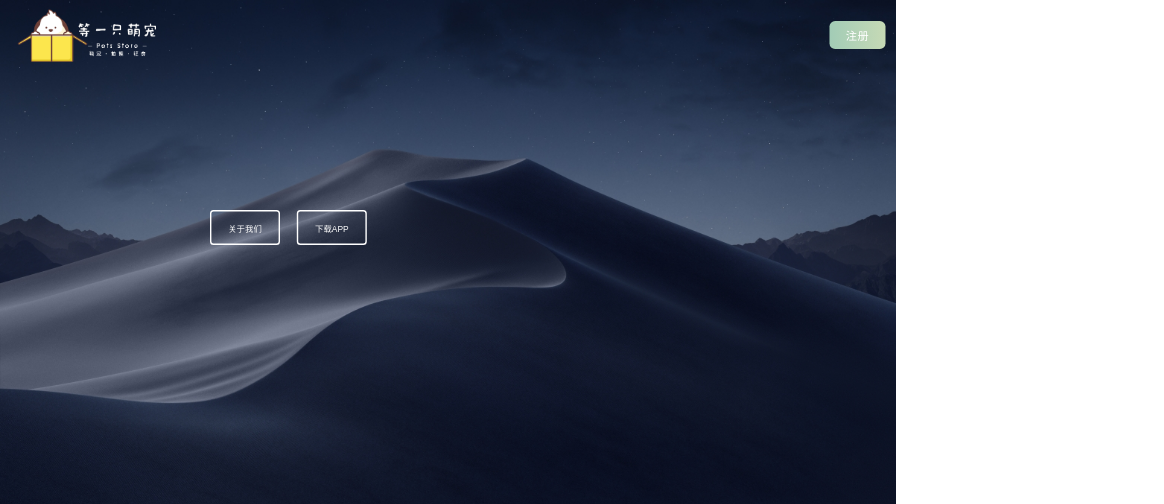
Repository: CHENCHAHA/app-
Page: index.html
The author's editor kept a copy of each file at every save. The page is drawn from the files as they stood at one save, then again after the next save.
The browser window is 1280 px wide. The page is 1280 px wide, then 1663 px, so the pictures cover 1663 px, including what lies to the right of the window. The pictures show the part of the page from y = 0 to 1480 px (the page is 720 px tall before and 3703 px after), at 70% of full size.

Above is the page before, as saved 2022-02-20 16:19:44.

### index.html
<!DOCTYPE html>
<html lang="en">

<head>
    <meta charset="UTF-8">
    <meta name="viewport" content="width=device-width, initial-scale=1, maximum-scale=1, user-scalable=no">
    <title>等一只萌宠-您的萌宠社区</title>
    <link rel="shortcut icon" href="img/logoico.ico" />
    <link rel="stylesheet" href="/css/index.css">
    <script src="/js/index.js"></script>
</head>

<body>
    <div class="header">
        <!-- logo部分 -->
        <div class="logo"><img src="/img/logo_index.png" alt=""></div>
        <button>注册</button>
    </div>
    <div class="xiazai">
        <button>关于我们</button>
        <button>下载APP</button>
    </div>

</body>


</html>

### css/index.css
@import url("https://fonts.googleapis.com/css?family=Raleway:500");
@import url("https://fonts.googleapis.com/css?family=Open+Sans:800");
* {
    margin: 0;
    padding: 0;
}

.header {
    height: 100px;
    width: 100%;
}

body {
    position: relative;
    background: url(/img/bac.jpg) no-repeat;
    background-size: cover;
}

.logo {
    float: left;
    width: 250px;
    height: 100px;
}

.logo img {
    width: 100%;
    height: 100%;
}

.header button {
    float: right;
    -webkit-appearance: none;
    background: -webkit-gradient(to right, #a2ccb6 0%, #fceeb5 50%, #ee786e 100%);
    background: linear-gradient(to right, #a2ccb6 0%, #fceeb5 50%, #ee786e 100%);
    background-size: 500%;
    border: none;
    border-radius: .5rem;
    color: #fff;
    cursor: pointer;
    font: 1em Raleway, sans-serif;
    -webkit-font-smoothing: antialiased;
    -moz-osx-font-smoothing: grayscale;
    height: 40px;
    letter-spacing: 0.05em;
    outline: none;
    -webkit-tap-highlight-color: transparent;
    -webkit-user-select: none;
    -moz-user-select: none;
    -ms-user-select: none;
    user-select: none;
    width: 80px;
    margin-top: 30px;
    margin-right: 15px;
}

.headerbutton:hover {
    animation-name: gradient;
    -webkit-animation-name: gradient;
    animation-duration: 2s;
    -webkit-animation-duration: s;
    animation-iteration-count: 1;
    -webkit-animation-iteration-count: 1;
    animation-fill-mode: forwards;
    -webkit-animation-fill-mode: forwards;
}

@keyframes gradient {
    0% {
        background-position: 0% 50%;
    }
    100% {
        background-position: 100%;
    }
}

.jiaohu {
    margin-top: 200px;
}

@media screen and (max-width:750px) {
    body {
        background: url(/img/shoujibac.jpg) no-repeat;
        background-size: cover;
    }
    .logo {
        float: left;
        width: 180px;
        height: 70px;
        margin-left: -10px;
    }
    .header button {
        width: 70px;
        height: 30px;
        margin-top: 22px;
        font-size: 12px;
    }
}

.xiazai {
    position: absolute;
    top: 300PX;
    left: 300PX;
}

.xiazai button {
    width: 100px;
    height: 50px;
    border: 2px solid #FFF;
    font-size: 12px;
    text-align: center;
    line-height: 50px;
    border-radius: 5px;
    background: none;
    color: #fff;
    margin-right: 20px;
}

.xiazai button:hover {
    color: #f27506;
    background-color: #fff;
}

Loaded but not shown: js/index.js (no stored copy; drawn as an empty file)

After the next save:
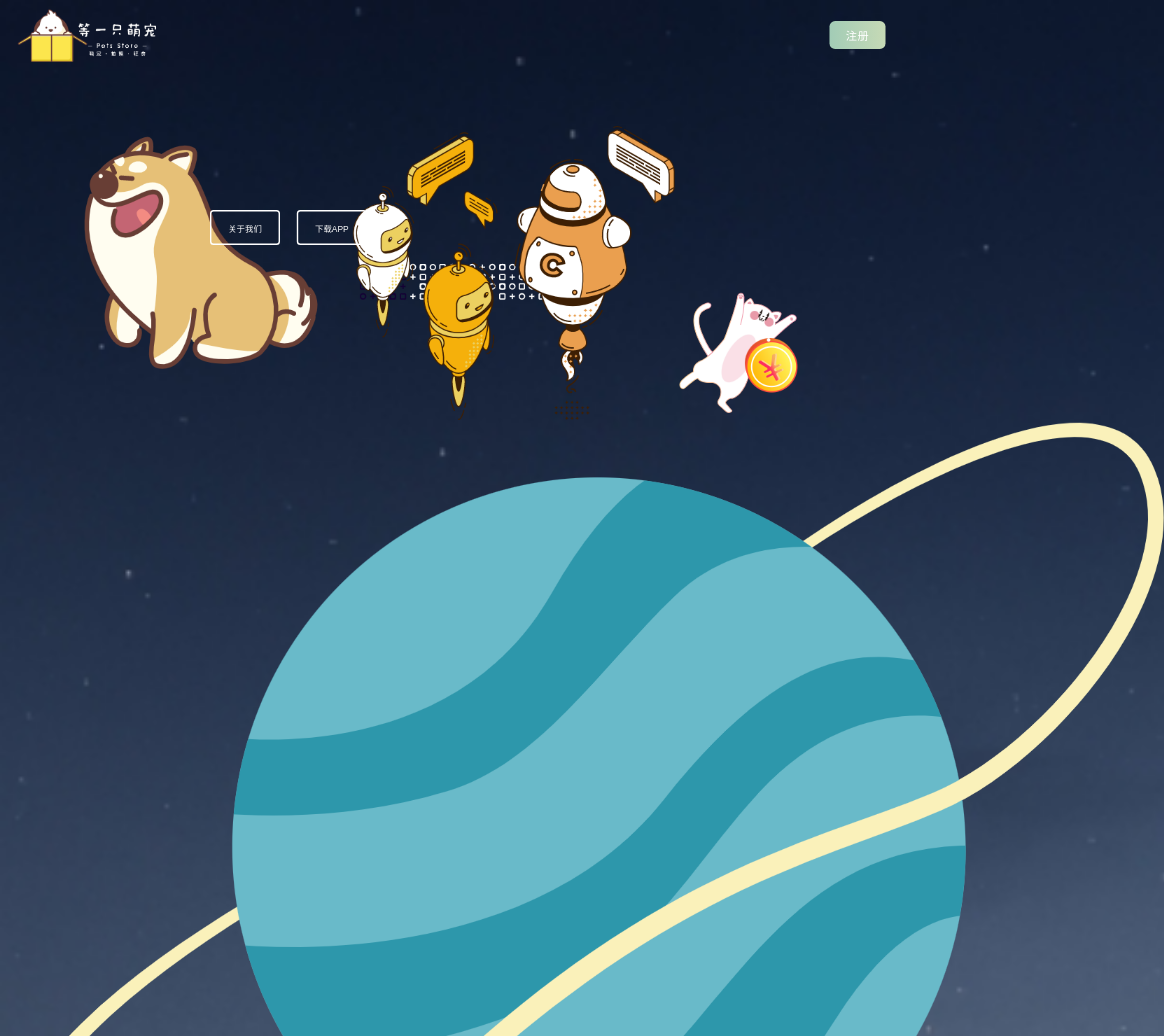
Saved 3 min 5 s later.
--- a/index.html
+++ b/index.html
@@ -20,7 +20,14 @@
         <button>关于我们</button>
         <button>下载APP</button>
     </div>
-
+    <div class="chahua">
+        <img src="/img/大傻狗狗.png" alt="">
+        <img src="/img/对话场景.png" alt="">
+        <img src="/img/扑倒猫.png" alt="">
+        <img src="/img/星球 (1).png" alt="">
+        <img src="/img/羊羊-01-01.png" alt="">
+        <img src="/img/装饰.png" alt="">
+    </div>
 </body>
 
 
